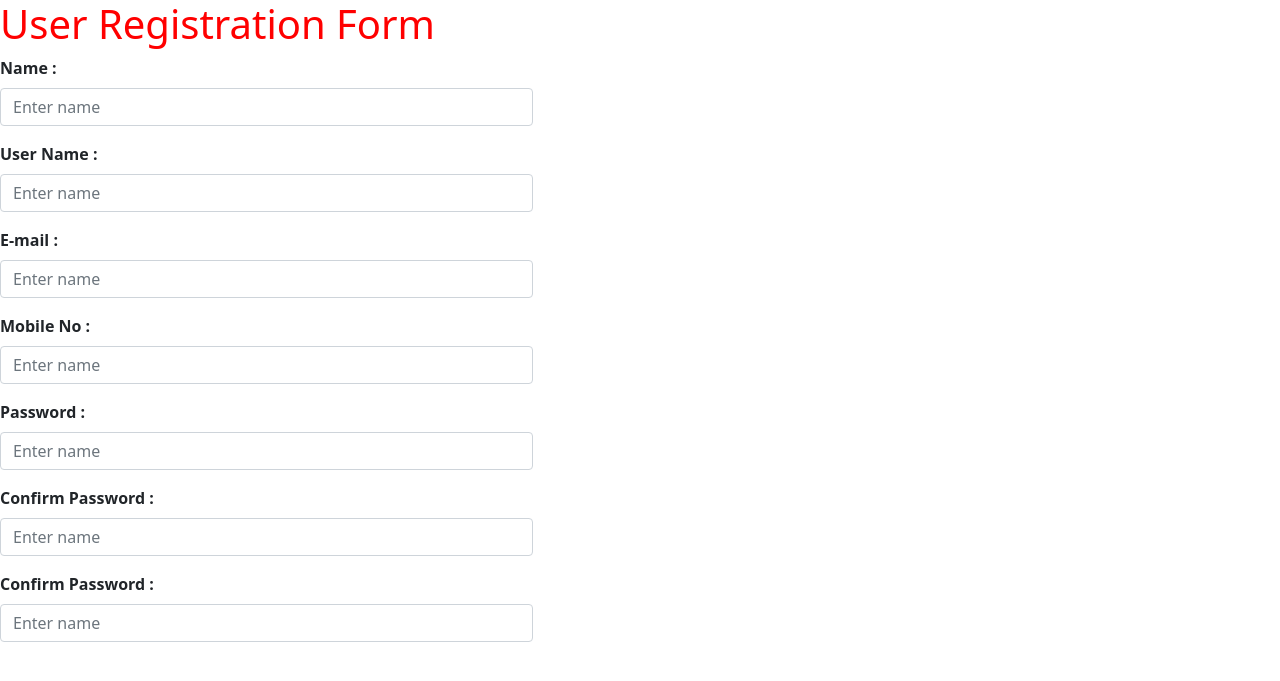
Repository: sntv1005/RegistrationForm
Page: http://localhost/register
These files come from the project's save history. The page is drawn as it stood at one moment and after the next save; the edit follows.
The browser window is 1280 px wide. The pictures show the whole page.
The page is this project's Thymeleaf template; nobody is signed in. The template is opened directly, without the code that normally fills it, so the values that code supplies are empty.

Above is the page before, as saved 2023-12-01 06:05:06.

### RegistrationForm/src/main/resources/templates/register.html
<!doctype html>
<html lang="en">
  <head>
    <meta charset="utf-8">
    <meta name="viewport" content="width=device-width, initial-scale=1">

    <link href="https://cdn.jsdelivr.net/npm/bootstrap@5.0.2/dist/css/bootstrap.min.css" rel="stylesheet" integrity="sha384-EVSTQN3/azprG1Anm3QDgpJLIm9Nao0Yz1ztcQTwFspd3yD65VohhpuuCOmLASjC" crossorigin="anonymous">

	 <script src="https://cdn.jsdelivr.net/npm/bootstrap@5.0.2/dist/js/bootstrap.bundle.min.js" integrity="sha384-MrcW6ZMFYlzcLA8Nl+NtUVF0sA7MsXsP1UyJoMp4YLEuNSfAP+JcXn/tWtIaxVXM" crossorigin="anonymous"></script>


    <title>Register Form </title>
  </head>
  <body>
	  <div class=""container>
		  <h1 style=" color: red"> User Registration Form </h1>

		  <form class="col-5">
			   <div class="mb-3" >
			       <label for="exampleFormControlInput1" class="form-label"><b>Name : </b></label>
			       <input type="name" class="form-control" id="exampleFormControlInput1" placeholder="Enter name">
		       </div>

		        <div class="mb-3" >
			       <label for="exampleFormControlInput1" class="form-label"><b>User Name : </b></label>
			       <input type="name" class="form-control" id="exampleFormControlInput1" placeholder="Enter name">
		       </div>

		        <div class="mb-3" >
			       <label for="exampleFormControlInput1" class="form-label"><b>E-mail : </b></label>
			       <input type="name" class="form-control" id="exampleFormControlInput1" placeholder="Enter name">
		       </div>

		        <div class="mb-3" >
			       <label for="exampleFormControlInput1" class="form-label"><b>Mobile No  : </b></label>
			       <input type="name" class="form-control" id="exampleFormControlInput1" placeholder="Enter name">
		       </div>

		        <div class="mb-3" >
			       <label for="exampleFormControlInput1" class="form-label"><b>Password : </b></label>
			       <input type="name" class="form-control" id="exampleFormControlInput1" placeholder="Enter name">
		       </div>

		        <div class="mb-3" >
			       <label for="exampleFormControlInput1" class="form-label"><b>Confirm Password : </b></label>
			       <input type="name" class="form-control" id="exampleFormControlInput1" placeholder="Enter name">
		       </div>

		        <div class="mb-3" >
			       <label for="exampleFormControlInput1" class="form-label"><b>Confirm Password : </b></label>
			       <input type="" class="form-control" id="exampleFormControlInput1" placeholder="Enter name">
		       </div>
		  </form>


	  </div>

  </body>
</html>

After the next save:
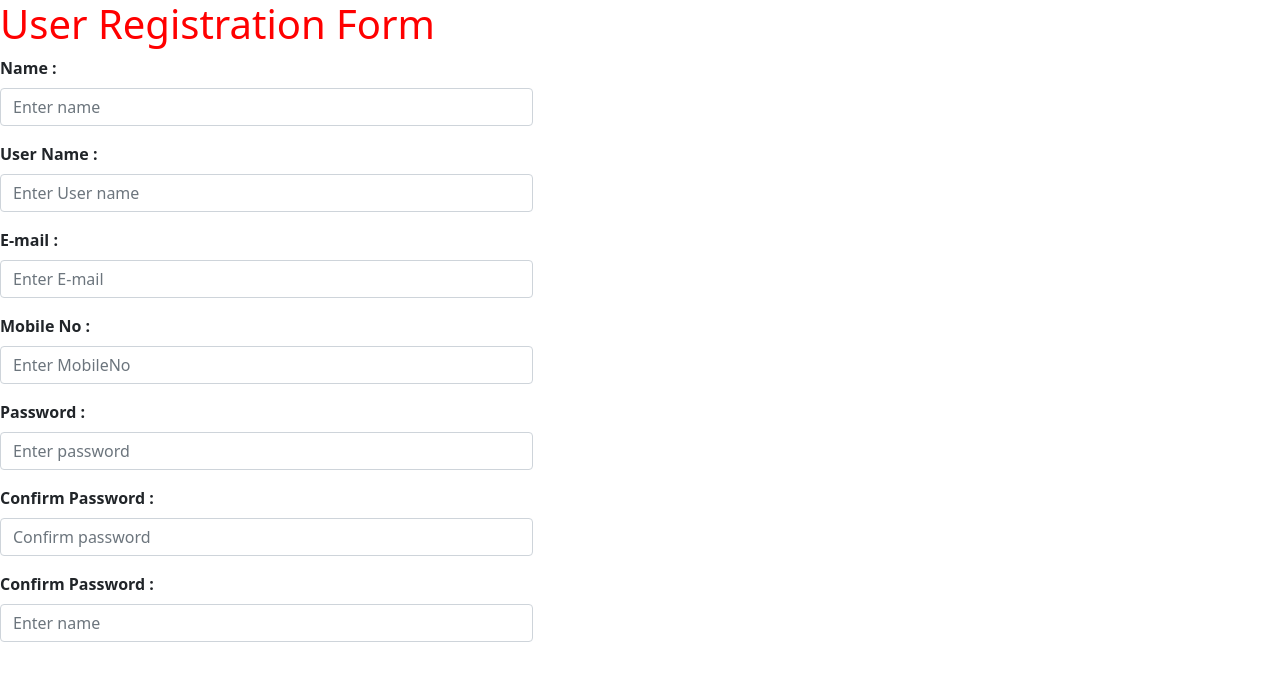
Saved 79 s later.
--- a/RegistrationForm/src/main/resources/templates/register.html
+++ b/RegistrationForm/src/main/resources/templates/register.html
@@ -23,27 +23,27 @@
 
 		        <div class="mb-3" >
 			       <label for="exampleFormControlInput1" class="form-label"><b>User Name : </b></label>
-			       <input type="name" class="form-control" id="exampleFormControlInput1" placeholder="Enter name">
+			       <input type="name" class="form-control" id="exampleFormControlInput1" placeholder="Enter User name">
 		       </div>
 
 		        <div class="mb-3" >
 			       <label for="exampleFormControlInput1" class="form-label"><b>E-mail : </b></label>
-			       <input type="name" class="form-control" id="exampleFormControlInput1" placeholder="Enter name">
+			       <input type="email" class="form-control" id="exampleFormControlInput1" placeholder="Enter E-mail">
 		       </div>
 
 		        <div class="mb-3" >
 			       <label for="exampleFormControlInput1" class="form-label"><b>Mobile No  : </b></label>
-			       <input type="name" class="form-control" id="exampleFormControlInput1" placeholder="Enter name">
+			       <input type="name" class="form-control" id="exampleFormControlInput1" placeholder="Enter MobileNo">
 		       </div>
 
 		        <div class="mb-3" >
 			       <label for="exampleFormControlInput1" class="form-label"><b>Password : </b></label>
-			       <input type="name" class="form-control" id="exampleFormControlInput1" placeholder="Enter name">
+			       <input type="password" class="form-control" id="exampleFormControlInput1" placeholder="Enter password">
 		       </div>
 
 		        <div class="mb-3" >
 			       <label for="exampleFormControlInput1" class="form-label"><b>Confirm Password : </b></label>
-			       <input type="name" class="form-control" id="exampleFormControlInput1" placeholder="Enter name">
+			       <input type="name" class="form-control" id="exampleFormControlInput1" placeholder="Confirm password">
 		       </div>
 
 		        <div class="mb-3" >
